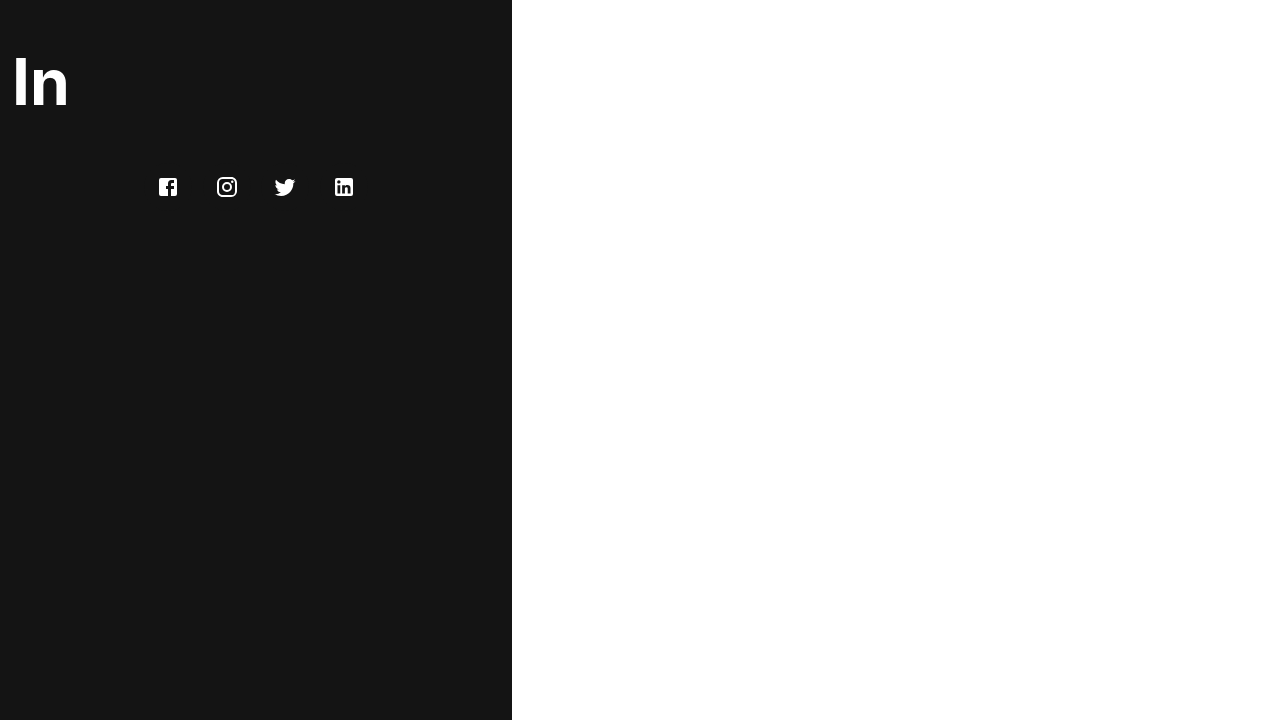
Repository: wilyyy/John
Page: /login (app in john-app/)
The author's editor kept a copy of each file at every save. The page is drawn from the files as they stood at one save, then again after the next save.
The browser window is 1280 px wide. The pictures show the whole page.
The project was rebuilt for these pictures with package versions that can differ from the ones it lists, and the page was loaded fresh each time. The framework's server and built-in components were replaced by stand-ins that run in the browser. Also part of the build but not shown: john-app/next.config.js.

Above is the page before, as saved 2021-10-07 21:22:11.

### john-app/pages/login.js
import Button from "@/Components/Button";
import styled from 'styled-components';
import Image from 'next/image'
import SocialMediaIcon from "@/Components/SocialMediaIcon";

const LoginContainer = styled.div `
    display: flex;
    flex-direction: column;
    align-items: center;
    background-color: #141414;
    height: 100vh;
    width: 40%;
`;

const LoginHeaderContainer = styled.div`
    display: flex;
    flex-direction: row;
    width: 800px;
    justify-content: flex-start;
    padding-left: 25px;
`;

const LoginHeader = styled.h1`
    font-size: 4rem;
    color: white;
`

export default function Login()
{
    return (
        <LoginContainer>
            <LoginHeaderContainer>
                <LoginHeader>Log In</LoginHeader>
            </LoginHeaderContainer>
            <SocialMediaIcon />
        </LoginContainer>
    )
}

### john-app/styles/globals.css
@import url('https://fonts.googleapis.com/css2?family=Roboto&family=Ubuntu:wght@300&display=swap');
@import url('https://fonts.googleapis.com/css2?family=Lora&display=swap');
/* Ubuntu and Roboto and Lora Font */

html,
body {
  padding: 0;
  margin: 0;
  font-family: -apple-system, BlinkMacSystemFont, Segoe UI, Roboto, Oxygen,
    Ubuntu, Cantarell, Fira Sans, Droid Sans, Helvetica Neue, sans-serif;
}

a {
  color: inherit;
  text-decoration: none;
}

* {
  box-sizing: border-box;
}

### john-app/Components/SocialMediaIcon/index.js
import styled from 'styled-components';
import FacebookIcon from '@mui/icons-material/Facebook';
import InstagramIcon from '@mui/icons-material/Instagram';
import TwitterIcon from '@mui/icons-material/Twitter';
import LinkedInIcon from '@mui/icons-material/LinkedIn';
import styles from '@/styles/Home.module.css'


const SocialMediaCont = styled.div`
    display: flex;
    width: 14rem;
    height: 3rem;
    justify-content: space-between;
`;

const SocialMediaIconCont = styled.div`
    display: flex;
    justify-content: center;
    align-items: center;
    width: 3rem;
    height: 3rem;
    border-radius: 25rem;
    background-color: #141414;
`;


const SocialMediaIcon = ({
}) => {
    return <SocialMediaCont>
        <SocialMediaIconCont>
            <FacebookIcon className={styles.icon}/>
        </SocialMediaIconCont>
        <SocialMediaIconCont>
            <InstagramIcon className={styles.icon}/>
        </SocialMediaIconCont>
        <SocialMediaIconCont>
            <TwitterIcon className={styles.icon}/>
        </SocialMediaIconCont>
        <SocialMediaIconCont>
            <LinkedInIcon className={styles.icon}/>
        </SocialMediaIconCont>
    </SocialMediaCont>
}

export default SocialMediaIcon;

### john-app/styles/Home.module.css
.container {
  min-height: 100vh;
  padding: 0 0.5rem;
  display: flex;
  flex-direction: column;
  justify-content: center;
  align-items: center;
  height: 100vh;
}

.main {
  padding: 5rem 0;
  flex: 1;
  display: flex;
  flex-direction: column;
  justify-content: center;
  align-items: center;
}

.footer {
  width: 100%;
  height: 100px;
  border-top: 1px solid #eaeaea;
  display: flex;
  justify-content: center;
  align-items: center;
}

.footer a {
  display: flex;
  justify-content: center;
  align-items: center;
  flex-grow: 1;
}

.title a {
  color: #0070f3;
  text-decoration: none;
}

.title a:hover,
.title a:focus,
.title a:active {
  text-decoration: underline;
}

.title {
  margin: 0;
  line-height: 1.15;
  font-size: 4rem;
}

.title,
.description {
  text-align: center;
}

.description {
  line-height: 1.5;
  font-size: 1.5rem;
}

.code {
  background: #fafafa;
  border-radius: 5px;
  padding: 0.75rem;
  font-size: 1.1rem;
  font-family: Menlo, Monaco, Lucida Console, Liberation Mono, DejaVu Sans Mono,
    Bitstream Vera Sans Mono, Courier New, monospace;
}

.grid {
  display: flex;
  align-items: center;
  justify-content: center;
  flex-wrap: wrap;
  max-width: 800px;
  margin-top: 3rem;
}

.card {
  margin: 1rem;
  padding: 1.5rem;
  text-align: left;
  color: inherit;
  text-decoration: none;
  border: 1px solid #eaeaea;
  border-radius: 10px;
  transition: color 0.15s ease, border-color 0.15s ease;
  width: 45%;
}

.card:hover,
.card:focus,
.card:active {
  color: #0070f3;
  border-color: #0070f3;
}

.card h2 {
  margin: 0 0 1rem 0;
  font-size: 1.5rem;
}

.card p {
  margin: 0;
  font-size: 1.25rem;
  line-height: 1.5;
}

.logo {
  height: 1em;
  margin-left: 0.5rem;
}

.icon{
  color: #fff;
}

@media (max-width: 600px) {
  .grid {
    width: 100%;
    flex-direction: column;
  }
}

### john-app/Components/Button/index.js
import styled from 'styled-components';
import {useRouter} from 'next/router';
import React, {useState} from 'react';

const ButtonCont = styled.button`
    display: flex;
    justify-content: center;
    align-items: center;
    width: ${props=>props.width};
    height: ${props=>props.height};
    background-color: ${props=>props.bgcolor};
    color: #ffffff;
    border-radius: ${props=>props.borderradius};
    border: none;
    filter: drop-shadow(0px 4px 4px rgba(0, 0, 0, 0.35));
    font-size: ${props=>props.fontsize};
`;

const ButtonText = styled.div`
    display: flex;
    color: #ffffff;
    font-family: 'Roboto', sans-serif;
`;

const Button = ({
    width = "20rem",
    height = "5rem",
    text = "Begin",
    borderradius = "1rem",
    bgcolor = "#FF7A00",
    fontsize = "3rem",
    routeTo="/calendar"
}) =>{
    const router = useRouter();
    return <ButtonCont
        width = {width}
        height = {height}
        text = {text}
        borderradius = {borderradius}
        bgcolor = {bgcolor}
        fontsize = {fontsize}
        onClick={()=>router.push(routeTo)}
    >
        <ButtonText>{text}</ButtonText>
    </ButtonCont>
}

export default Button;

Loaded but not shown: john-app/pages/_app.js (common file); john-app/pages/_document.js (common file)

After the next save:
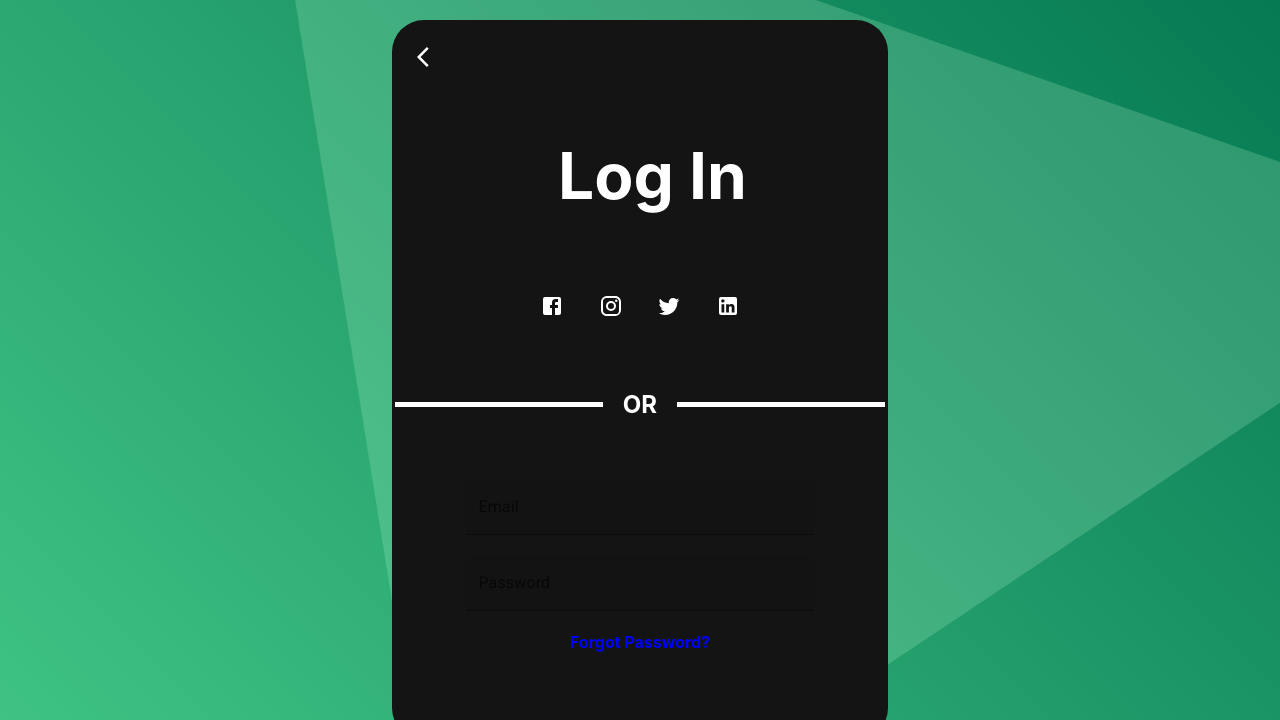
Saved 17 min 50 s later.
--- a/john-app/pages/login.js
+++ b/john-app/pages/login.js
@@ -2,6 +2,24 @@ import Button from "@/Components/Button";
 import styled from 'styled-components';
 import Image from 'next/image'
 import SocialMediaIcon from "@/Components/SocialMediaIcon";
+import { TextField } from "@mui/material";
+import styles from '@/styles/Home.module.css';
+import ArrowBackIosIcon from '@mui/icons-material/ArrowBackIos';
+import {useRouter} from 'next/router';
+
+const MainCont = styled.div
+`
+    display: flex;
+    flex-direction: column;
+    align-items: center;
+    width: 100vw;
+    height: 100vh;
+    background: linear-gradient(225deg, #067A53, #3FC284);
+    padding: 20px;
+    overflow: hidden;
+    position: relative;
+    z-index: -2;
+`
 
 const LoginContainer = styled.div `
     display: flex;
@@ -10,29 +28,113 @@ const LoginContainer = styled.div `
     background-color: #141414;
     height: 100vh;
     width: 40%;
+    border-radius: 32px;
 `;
 
 const LoginHeaderContainer = styled.div`
     display: flex;
     flex-direction: row;
-    width: 800px;
-    justify-content: flex-start;
+    width: 100%;
+    justify-content: center;
     padding-left: 25px;
 `;
 
 const LoginHeader = styled.h1`
     font-size: 4rem;
     color: white;
+    padding: 25px;
+`
+
+const BreakLineCont = styled.div`
+display: flex;
+flex-direction: row;
+justify-content: center;
+align-items: center;
+`
+
+const TheWordOR = styled.h2`
+color: #FFFFFF;
+padding-left: 20px;
+padding-right: 20px;
+`
+
+const LogInFormCont = styled.div`
+    display: flex;
+    flex-direction: column;
+    justify-content: center;
+    width: 70%;
+`
+
+const Spacer = styled.div`
+    padding: 10px;
+`
+
+const FatWhiteLine = styled.div`
+display: flex;
+height: 5px;
+width: 13rem;
+background-color: #FFFFFF;
+justify-content: row;
+`
+
+const ForgotPass = styled.h4`
+color: blue;
+`
+
+const BackButtCont = styled.div`
+display: flex;
+width: 100%;
+justify-content: flex-start;
+padding-top: 25px;
+padding-left: 25px;
+`
+
+const Dorito = styled.img
+`
+    width: 1600px;
+    height: 1300px;
+    bottom: -400px;
+    right: -200px;
+    position: absolute;
+    z-index: -1;
+
 `
 
 export default function Login()
 {
+    const router = useRouter();
     return (
+        <MainCont>
+            <Dorito src="/dorito.png"/>
         <LoginContainer>
+            <BackButtCont>
+                <ArrowBackIosIcon className={styles.icon} />
+            </BackButtCont>
             <LoginHeaderContainer>
                 <LoginHeader>Log In</LoginHeader>
             </LoginHeaderContainer>
             <SocialMediaIcon />
+            <Spacer/>
+            <Spacer/>
+            <BreakLineCont>
+            <FatWhiteLine />
+                <TheWordOR>OR</TheWordOR>
+            <FatWhiteLine />
+            </BreakLineCont>
+            <Spacer />
+            <Spacer />
+            <LogInFormCont>
+                <TextField fullWidth label="Email" id="fullWidth" variant="filled" className={styles.ImBlacked}/>
+                <Spacer />
+                <TextField fullWidth label="Password" type="password" id="fullWidth" variant="filled" className={styles.ImBlacked}/>
+            </LogInFormCont>
+            <ForgotPass>Forgot Password?</ForgotPass>
+            <Spacer />
+            <Spacer />
+            <Spacer />
+            <Spacer />
+            <Button text="Continue"/>
         </LoginContainer>
+        </MainCont>
     )
 }
